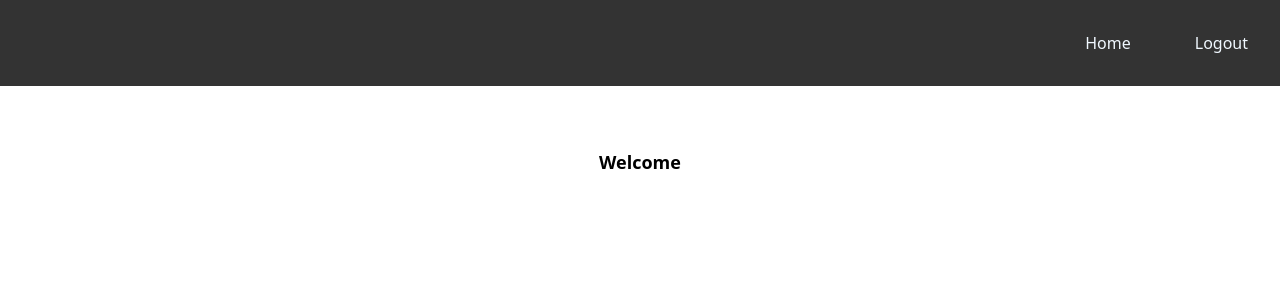
Repository: Ndifoinhilary/authentication
Page: http://localhost/
These files come from the project's save history. The page is drawn as it stood at one moment and after the next save; the edit follows.
The browser window is 1280 px wide. The pictures show the whole page.
The page is served by the project's application, run on Django 3.2 (manage.py). Other server files are loaded and not shown.

Above is the page before, as saved 2024-01-05 15:33:35.

### Auth/templates/home.html
{% load static %}
<!DOCTYPE html>
<html lang="en">
<head>
    <meta charset="UTF-8">
    <meta name="viewport" content="width=device-width, initial-scale=1.0">
    <link rel="stylesheet" href="{% static 'css/home.css' %}">
    <title>Home</title>
</head>
<body>
    <nav class="navbar">

        {% if request.user.is_authenticated %}
        <a href="{% url 'register' %}">SignUp</a>
        <a href="{% url 'login' %}">Login</a>
        {% endif %}

        <a href="{% url 'logout' %}">Logout</a>
        <a href="{% url 'home' %}">Home</a>




    </nav>
    <div class="center">

        {% if request.user.is_authenticated %}
            <h1> Welcome {{user.email}}  </h1>
            {% else %}
            <h1> Welcome   </h1>
        {% endif %}

    </div>
</body>
</html>

### Auth/views.py
# pylint: disable=unused-argument
from django.shortcuts import render, redirect
from django.contrib import messages
from django.contrib.auth import authenticate, login, logout
from Auth.forms import RegistrationForm

# Create your views here.


def homePage(request):
    user = request.user
    return render(request, "home.html", {"user": user})


def registerUser(request):
    form = RegistrationForm()

    if request.method == "POST":
        form = RegistrationForm(request.POST)
        if form.is_valid():
            user = form.save(commit=False)
            user.email = user.email.lower()
            user.save()

            messages.success(request, "Your account has been created successfully")

            if user is not None:
                login(request, user)
                return redirect("home")
        else:
            messages.error(request, "Check your credentials and try again")
    return render(request, "register.html", {"form": form})


def loginUser(request):
    return render(request, "login.html")


def logoutUser(request):
    logout(request)
    return redirect("home")

### authentication/urls.py
from django.contrib import admin
from django.urls import path, include
from django.conf import settings
from django.conf.urls.static import static

urlpatterns = [path("admin/", admin.site.urls), path("", include("Auth.urls"))]


urlpatterns += static(settings.MEDIA_URL, document_root=settings.MEDIA_ROOT)
urlpatterns += static(settings.STATIC_URL, document_root=settings.MEDIA_ROOT)

### Auth/urls.py
# pylint: disable=trailing-whitespace
from django.urls import path

from . import views


urlpatterns = [
    path("", views.homePage, name="home"),
    path("auth/login/", views.loginUser, name="login"),
    path("auth/register/", views.registerUser, name="register"),
    path("auth/logout/", views.logoutUser, name="logout"),
]

### static/css/home.css
*{
    margin: 0;
    padding: 0;
    box-sizing: border-box;
}

body{
    font-family: system-ui, -apple-system, BlinkMacSystemFont, 'Segoe UI', Roboto, Oxygen, Ubuntu, Cantarell, 'Open Sans', 'Helvetica Neue', sans-serif;
}




h1{
    font-size: large;
    text-transform: capitalize;
    text-align: center;
    margin: 2rem auto;
    margin-top:4rem ;

}


.navbar {
    background-color: #333;
    overflow: hidden;
}

.navbar a {
    float: right;
    display: block;
    text-align: center;
    text-decoration: none;
    text-transform: capitalize;
    padding: 2rem;
    color: aliceblue;
}

After the next save:
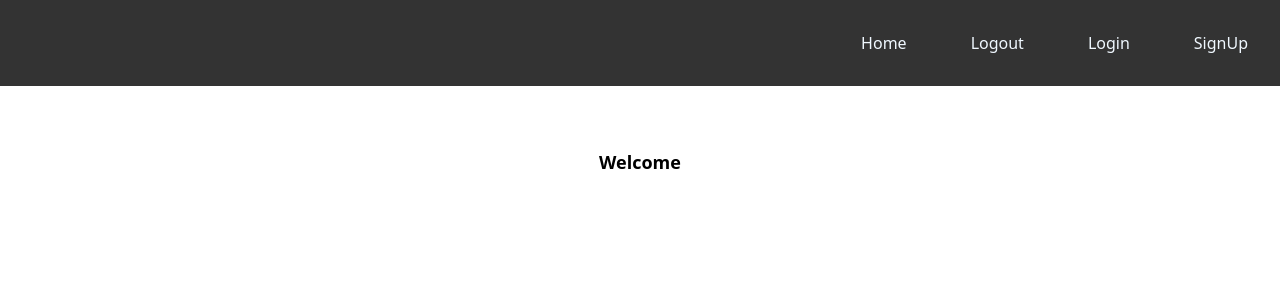
Saved 3 min 37 s later.
--- a/Auth/templates/home.html
+++ b/Auth/templates/home.html
@@ -10,10 +10,10 @@
 <body>
     <nav class="navbar">
 
-        {% if request.user.is_authenticated %}
+
         <a href="{% url 'register' %}">SignUp</a>
         <a href="{% url 'login' %}">Login</a>
-        {% endif %}
+
 
         <a href="{% url 'logout' %}">Logout</a>
         <a href="{% url 'home' %}">Home</a>
